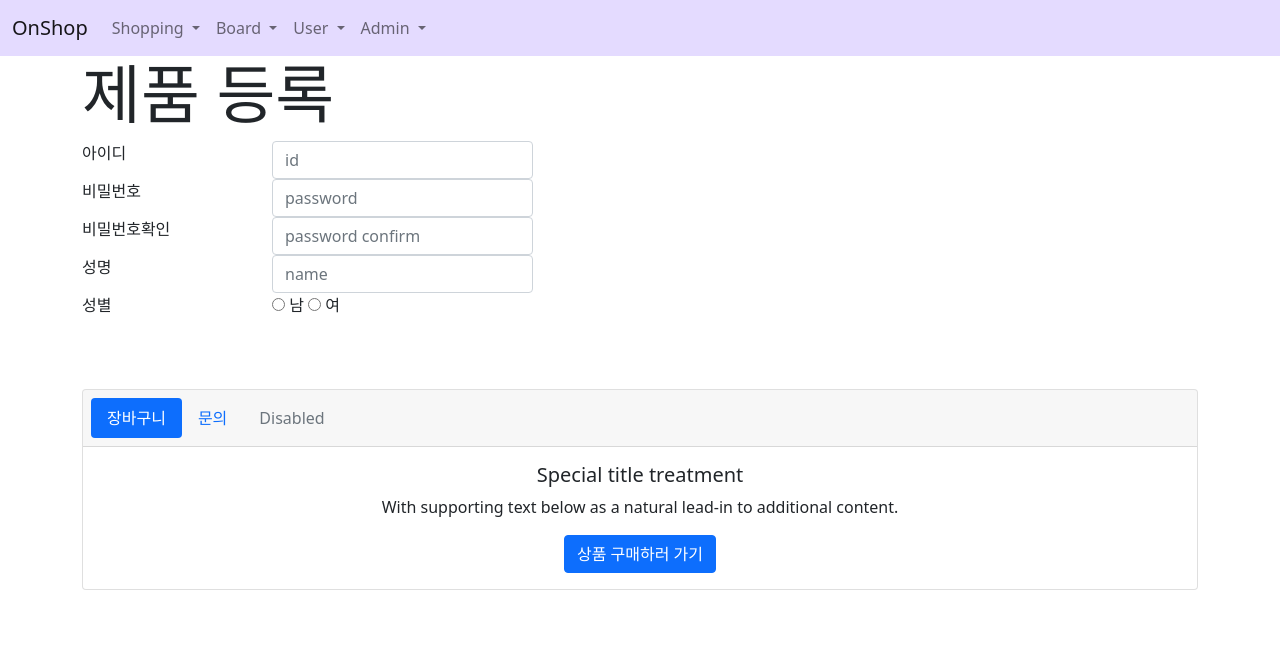
Repository: HimNahyeon/devClassBackup
Page: http://localhost/WebShop2/product/addProduct.jsp
An editor plug-in stored every save of this project. The page is shown before and after the next save, followed by the edit.
The browser window is 1280 px wide. The pictures show the whole page.
The page is served by Tomcat 9. Other server files are loaded and not shown.

Above is the page before, as saved 2021-11-04 06:04:59.

### jsp/WebShop2/WebContent/product/addProduct.jsp
<%@ page language="java" contentType="text/html; charset=UTF-8"
    pageEncoding="UTF-8"%>
<!DOCTYPE html>
<html>
<head>
<meta charset="UTF-8">
<title>제품등록</title>
</head>
<body>
<%@ include file = "../header.jsp" %>
	   <div class="jumbotron">
      <div class="container">
         <h1 class="display-3">제품 등록</h1>
      </div>
   </div>


   <div class="container">
      <form name="newMember" class="form-horizontal"  action="joinCheck.jsp" method="post" onsubmit="return checkForm()">
         <div class="form-group  row">
            <label class="col-sm-2 ">아이디</label>
            <div class="col-sm-3">
               <input name="id" type="text" class="form-control" placeholder="id" >
            </div>
         </div>
         <div class="form-group  row">
            <label class="col-sm-2">비밀번호</label>
            <div class="col-sm-3">
               <input name="password" type="password" class="form-control" placeholder="password" >
            </div>
         </div>
         <div class="form-group  row">
            <label class="col-sm-2">비밀번호확인</label>
            <div class="col-sm-3">
               <input name="password_confirm" type="password" class="form-control" placeholder="password confirm" >
            </div>
         </div>
         <div class="form-group  row">
            <label class="col-sm-2">성명</label>
            <div class="col-sm-3">
               <input name="name" type="text" class="form-control" placeholder="name" >
            </div>
         </div>
         <div class="form-group  row">
            <label class="col-sm-2">성별</label>
            <div class="col-sm-10">
               <input name="gender" type="radio" value="남" /> 남
               <input name="gender" type="radio" value="여" /> 여
            </div>
         </div>



<%@ include file = "../footer.jsp" %>
</body>
</html>

### jsp/WebShop2/WebContent/header.jsp
<%@ page language="java" contentType="text/html; charset=UTF-8"
    pageEncoding="UTF-8"%>
<!DOCTYPE html>
<html>
<head>
<meta charset="UTF-8">
<link href="https://cdn.jsdelivr.net/npm/bootstrap@5.1.3/dist/css/bootstrap.min.css" rel="stylesheet" integrity="sha384-1BmE4kWBq78iYhFldvKuhfTAU6auU8tT94WrHftjDbrCEXSU1oBoqyl2QvZ6jIW3" crossorigin="anonymous">
<script src="https://cdn.jsdelivr.net/npm/bootstrap@5.1.3/dist/js/bootstrap.bundle.min.js" integrity="sha384-ka7Sk0Gln4gmtz2MlQnikT1wXgYsOg+OMhuP+IlRH9sENBO0LRn5q+8nbTov4+1p" crossorigin="anonymous"></script>
<title>Insert title here</title>
</head>
<body>
<nav class="navbar navbar-expand-lg navbar-light" style="background-color: #e4dbff;">
  <div class="container-fluid">
    <a class="navbar-brand" href="/">OnShop</a>
    <button class="navbar-toggler" type="button" data-bs-toggle="collapse" data-bs-target="#navbarNavDropdown" aria-controls="navbarNavDropdown" aria-expanded="false" aria-label="Toggle navigation">
      <span class="navbar-toggler-icon"></span>
    </button>
    <div class="collapse navbar-collapse" id="navbarNavDropdown">
      <ul class="navbar-nav">
		<li class="nav-item dropdown">
          <a class="nav-link dropdown-toggle" href="#" id="navbarDropdownMenuLink" role="button" data-bs-toggle="dropdown" aria-expanded="false">
            Shopping
          </a>
          <ul class="dropdown-menu" aria-labelledby="navbarDropdownMenuLink">
            <li><a class="dropdown-item" href="/product/products.jsp">상품목록</a></li>
            <li><a class="dropdown-item" href="#">장바구니</a></li>
          </ul>
        </li>
		<li class="nav-item dropdown">
          <a class="nav-link dropdown-toggle" href="#" id="navbarDropdownMenuLink" role="button" data-bs-toggle="dropdown" aria-expanded="false">
            Board
          </a>
          <ul class="dropdown-menu" aria-labelledby="navbarDropdownMenuLink">
            <li><a class="dropdown-item" href="#">글목록</a></li>
            <li><a class="dropdown-item" href="#">글쓰기</a></li>
          </ul>
        </li>
     	<li class="nav-item dropdown">
          <a class="nav-link dropdown-toggle" href="#" id="navbarDropdownMenuLink" role="button" data-bs-toggle="dropdown" aria-expanded="false">
            User
          </a>
          <ul class="dropdown-menu" aria-labelledby="navbarDropdownMenuLink">
            <li><a class="dropdown-item" href="/member/loginMember.jsp">로그인</a></li>
            <li><a class="dropdown-item" href="#">로그아웃</a></li>
            <li><a class="dropdown-item" href="#">회원가입</a></li>
            <li><a class="dropdown-item" href="#">회원탈퇴</a></li>
          </ul>
        </li>
       	<li class="nav-item dropdown">
          <a class="nav-link dropdown-toggle" href="#" id="navbarDropdownMenuLink" role="button" data-bs-toggle="dropdown" aria-expanded="false">
            Admin
          </a>
          <ul class="dropdown-menu" aria-labelledby="navbarDropdownMenuLink">
            <li><a class="dropdown-item" href="/product/addProduct.jsp">제품등록</a></li>
            <li><a class="dropdown-item" href="/member/listMember.jsp">회원관리</a></li>
          </ul>
        </li>
      </ul>
    </div>
  </div>
</nav>

</body>
</html>

### jsp/WebShop2/WebContent/footer.jsp
<%@ page language="java" contentType="text/html; charset=UTF-8"
    pageEncoding="UTF-8"%>


<script src="https://cdn.jsdelivr.net/npm/bootstrap@5.1.3/dist/js/bootstrap.bundle.min.js" integrity="sha384-ka7Sk0Gln4gmtz2MlQnikT1wXgYsOg+OMhuP+IlRH9sENBO0LRn5q+8nbTov4+1p" crossorigin="anonymous"></script>

    <br><br><br>

    <div class="card text-center">
  <div class="card-header">
    <ul class="nav nav-pills card-header-pills">
      <li class="nav-item">
        <a class="nav-link active" href="#">장바구니</a>
      </li>
      <li class="nav-item">
        <a class="nav-link" href="#">문의</a>
      </li>
      <li class="nav-item">
        <a class="nav-link disabled" href="#" tabindex="-1" aria-disabled="true">Disabled</a>
      </li>
    </ul>
  </div>
  <div class="card-body">
    <h5 class="card-title">Special title treatment</h5>
    <p class="card-text">With supporting text below as a natural lead-in to additional content.</p>
    <a href="/product/products.jsp" class="btn btn-primary">상품 구매하러 가기</a>
  </div>
</div>

After the next save:
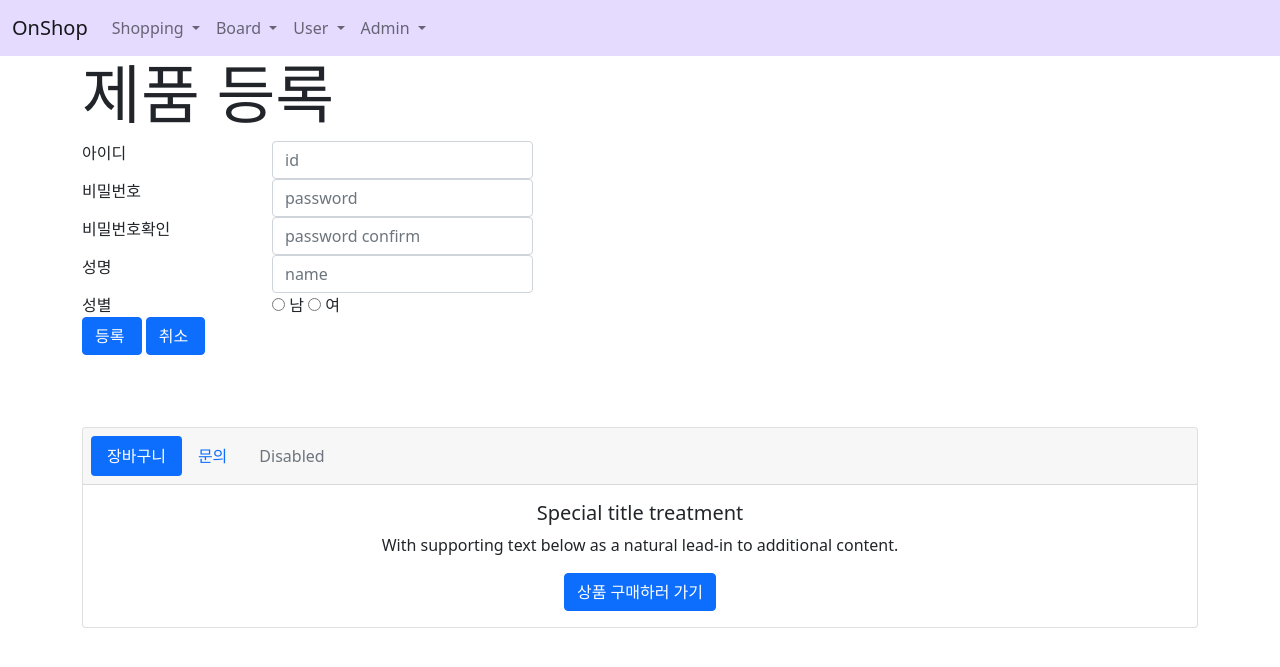
Saved 14 s later.
--- a/jsp/WebShop2/WebContent/product/addProduct.jsp
+++ b/jsp/WebShop2/WebContent/product/addProduct.jsp
@@ -48,7 +48,13 @@
                <input name="gender" type="radio" value="여" /> 여
             </div>
          </div>
-
+                  <div class="form-group  row">
+            <div class="col-sm-offset-2 col-sm-10 ">
+               <input type="submit" class="btn btn-primary " value="등록 " >
+               <input type="reset" class="btn btn-primary " value="취소 " onclick="reset()" >
+            </div>
+         </div>
+      </form>
 
 
 <%@ include file = "../footer.jsp" %>
